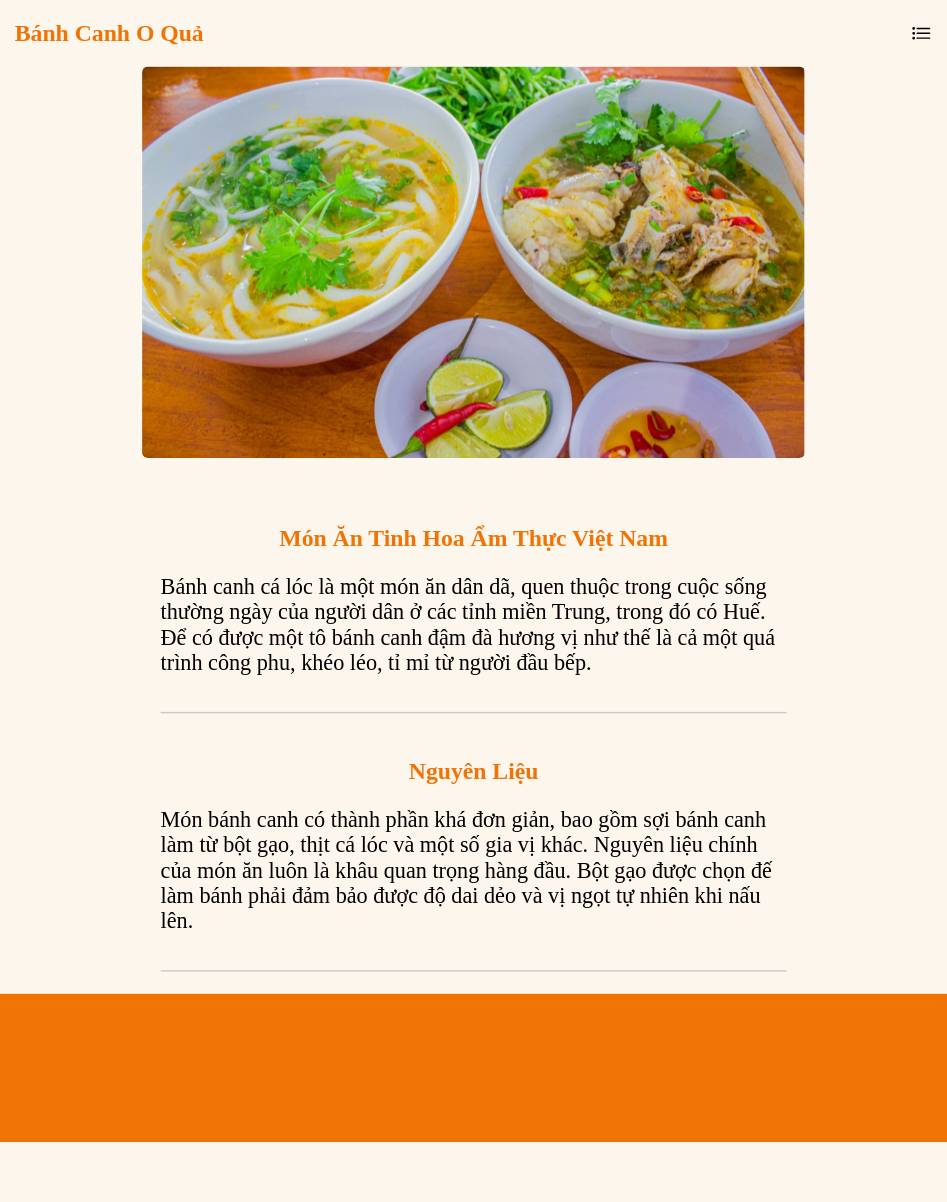
Repository: LeCongTuan2608/AmThuc
Page: public/index.html
The author's editor kept a copy of each file at every save. The page is drawn from the files as they stood at one save, then again after the next save.
The browser window is 1280 px wide. The pictures show the whole page, at 74% of full size.
Some web fonts or font styles are not loaded; a fallback is used. The style sheet was rebuilt from its Sass, Less or Tailwind sources for each picture, by a compiler version that may differ from the author's.

Above is the page before, as saved 2022-04-15 11:45:12.

After the next save:
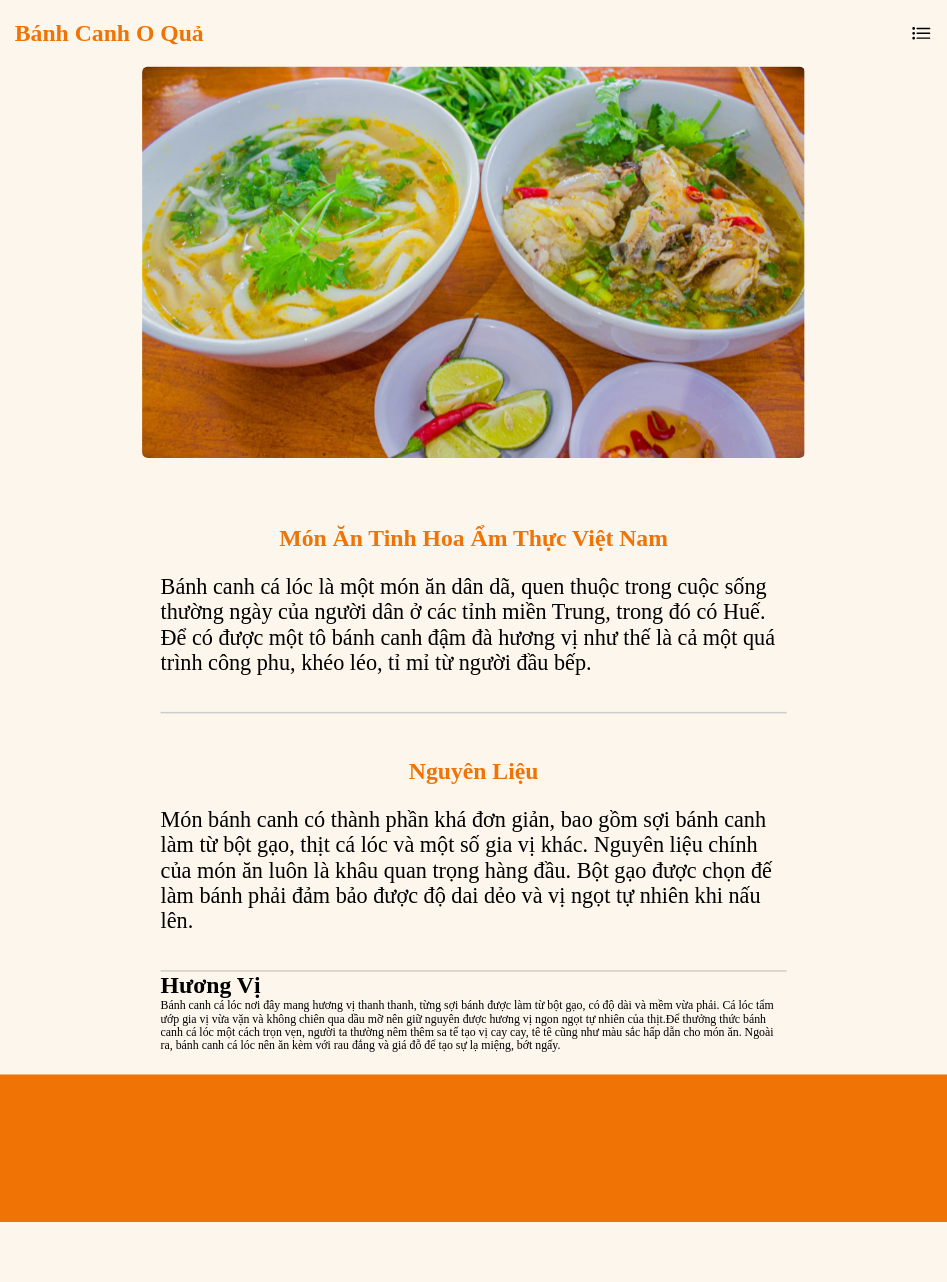
Saved 7 min 35 s later.
--- a/public/index.html
+++ b/public/index.html
@@ -47,6 +47,16 @@
                         chọn đế làm bánh phải đảm bảo được độ dai dẻo và vị ngọt tự nhiên khi nấu lên.
                      </p>
                   </div>
+                  <div id="taste">
+                     <h1>Hương Vị</h1>
+                     <p>
+                        Bánh canh cá lóc nơi đây mang hương vị thanh thanh, từng sợi bánh được làm từ bột gạo, có độ dài
+                        và mềm vừa phải. Cá lóc tẩm ướp gia vị vừa vặn và không chiên qua dầu mỡ nên giữ nguyên được
+                        hương vị ngon ngọt tự nhiên của thịt.Để thưởng thức bánh canh cá lóc một cách trọn vẹn, người ta
+                        thường nêm thêm sa tế tạo vị cay cay, tê tê cũng như màu sắc hấp dẫn cho món ăn. Ngoài ra, bánh
+                        canh cá lóc nên ăn kèm với rau đắng và giá đỗ để tạo sự lạ miệng, bớt ngấy.
+                     </p>
+                  </div>
                </div>
             </div>
          </div>
